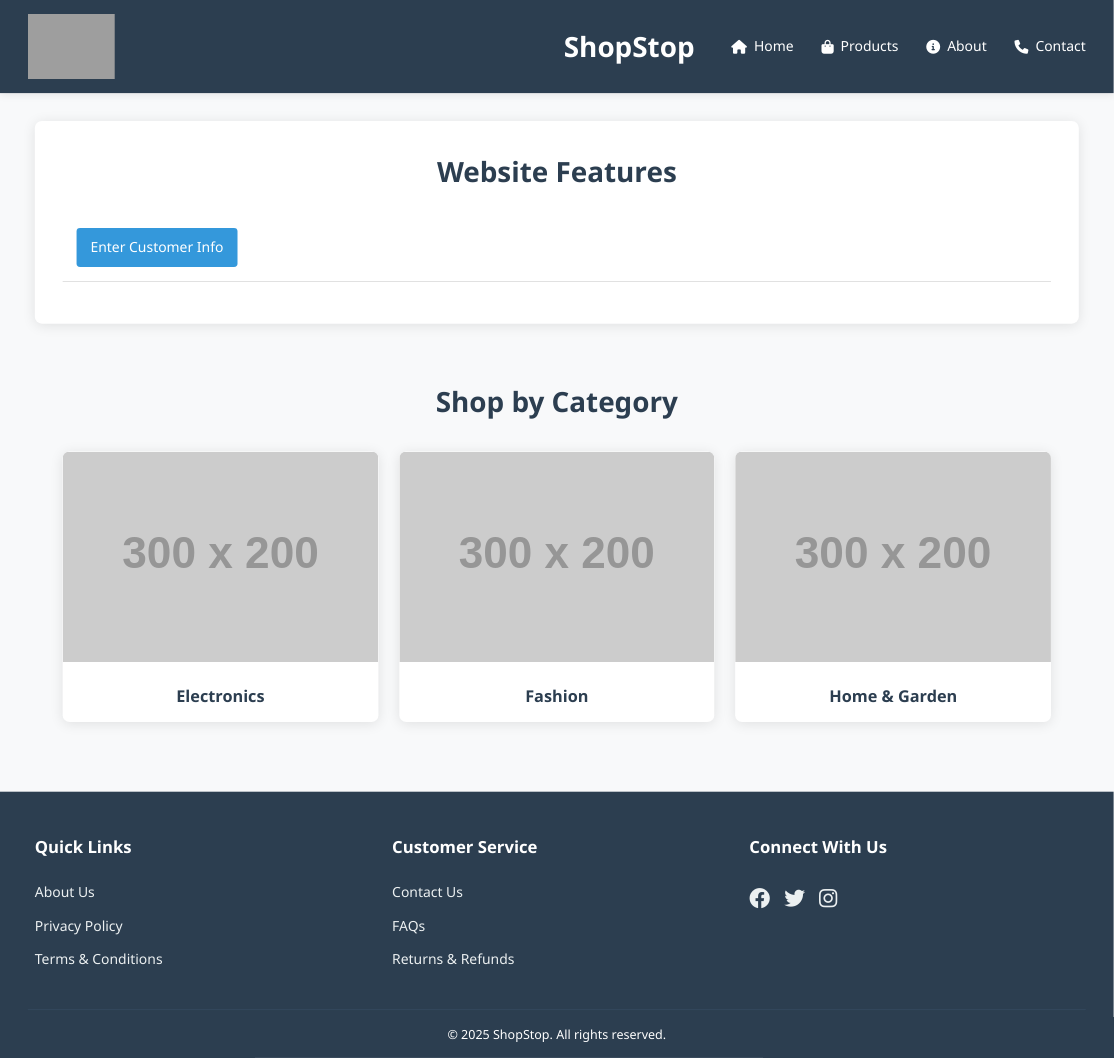
Repository: Rohit-3413/GET-java-training
Page: Web-workspace/ShopStop/src/main/webapp/index.html
The author's editor kept a copy of each file at every save. The page is drawn from the files as they stood at one save, then again after the next save.
The browser window is 1280 px wide. The pictures show the whole page, at 87% of full size.
Pictures or frames that could not be fetched are drawn as grey boxes.

Above is the page before, as saved 2025-09-19 06:47:04.

After the next save:
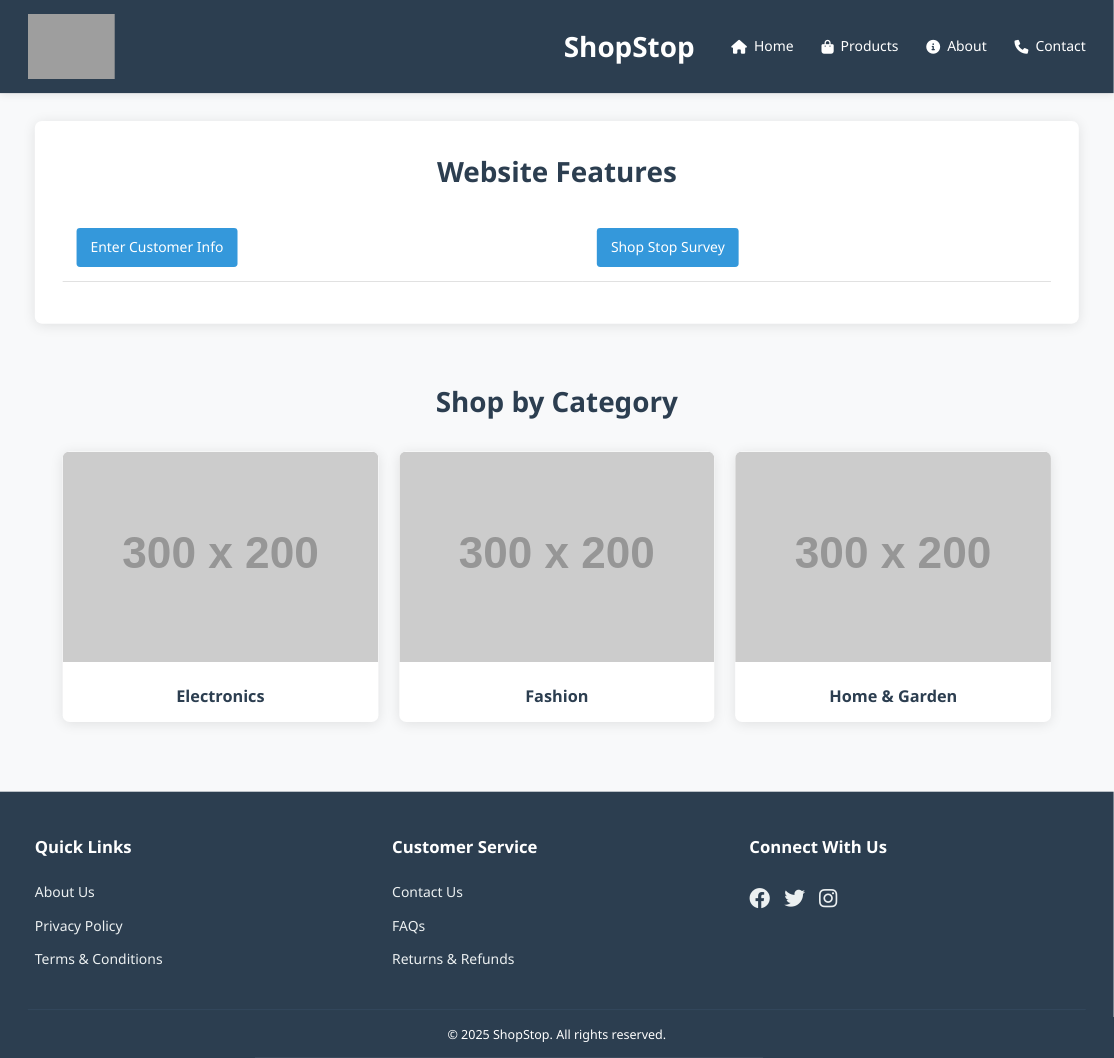
Saved 60 s later.
--- a/Web-workspace/ShopStop/src/main/webapp/index.html
+++ b/Web-workspace/ShopStop/src/main/webapp/index.html
@@ -31,6 +31,7 @@
 
                     <tr>
                         <td><a href="register.html" class="btn">Enter Customer Info</a></td>
+                         <td><a href="survey.html" class="btn">Shop Stop Survey</a></td>
 
                     </tr>
 
